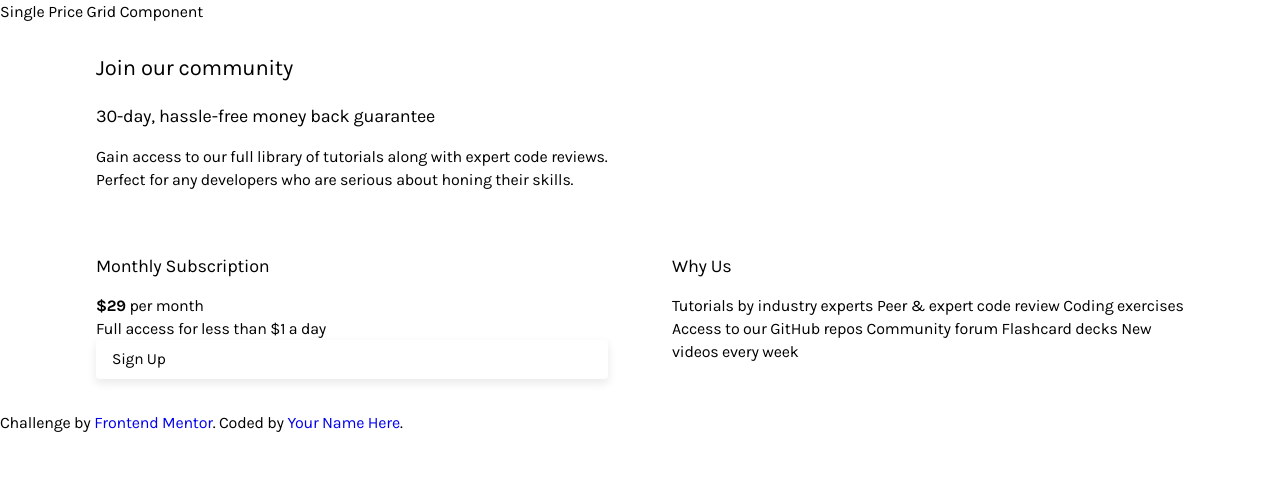
Repository: bangjuyoung/bangjuyoung
Page: practice/frontend-mentor/single-price-grid-component/index.html
These files come from the project's save history. The page is drawn as it stood at one moment and after the next save; the edit follows.
The browser window is 1280 px wide. The pictures show the whole page.

Above is the page before, as saved 2019-06-16 13:12:17.

### practice/frontend-mentor/single-price-grid-component/index.html
<!DOCTYPE html>
<html lang="en">

<head>
  <meta charset="UTF-8">
  <meta name="viewport" content="width=device-width, initial-scale=1.0">
  <title>Frontend Mentor | Single Price Grid Component</title>
  <link rel="icon" type="image/png" sizes="32x32" href="./images/favicon-32x32.png">
  <link rel="stylesheet" href="../../../assets/css/base.css">
  <link href="https://fonts.googleapis.com/css?family=Karla:400,700&display=swap" rel="stylesheet">
  <link rel="stylesheet" href="./default.css">
</head>

<body>
  <main role="main">
    <h1>Single Price Grid Component</h1>
    <article class="single-price__wrapper">

      <section class="single-price__primary single-price">
        <div class="single-price__body">
          <h2 class="single-price__title">Join our community</h2>
          <h3 class="single-price__subtitle">30-day, hassle-free money back guarantee</h3>
          <p>Gain access to our full library of tutorials along with expert code reviews.</p>
          <p>Perfect for any developers who are serious about honing their skills.</p>
        </div>
      </section>

      <div class="single-price__secondary">
        <section class="single-price">
          <div class="single-price__body">
            <h3 class="single-price__subtitle">Monthly Subscription</h3>
            <p><strong>&dollar;29</strong> per month</p>
            <p>Full access for less than &dollar;1 a day</p>
            <a class="btn btn-secondary btn-block btn--float">Sign Up</a>
          </div>
        </section>

        <section class="single-price">
          <div class="single-price__body">
            <h4 class="single-price__subtitle">Why Us</h4>
            <p>
              Tutorials by industry experts
              Peer &amp; expert code review
              Coding exercises
              Access to our GitHub repos
              Community forum
              Flashcard decks
              New videos every week
            </p>
          </div>
        </section>
      </div>

    </article>
  </main>


  <footer role="contentinfo">
    <p class="attribution">
      Challenge by <a href="https://www.frontendmentor.io?ref=challenge" target="_blank" rel="noopener">Frontend
        Mentor</a>.
      Coded by <a href="#">Your Name Here</a>.
    </p>
  </footer>
</body>

</html>

### assets/css/base.css
@charset "UTF-8";

/*
// Base
//
// Normalization of HTML elements, manually forked from Normalize.css to remove
// styles targeting irrelevant browsers while applying new styles.
//
// Normalize is licensed MIT. https://github.com/necolas/normalize.css
*/

/*
 * Document
 */

*,
*::before,
*::after {
  /* padding 과 border 가 요소 너비에 포함되도록 설정 */
  box-sizing: border-box;
}

html {
  /* 모든 브라우저에 기본 폰트 및 line-height 설정 */
  font-family: sans-serif;
  line-height: 1.15;
  /* window 폰의 IE 나 iOS 에서 방향 변경시 폰트 사이즈 수정되는 현상 막음 */
  -webkit-text-size-adjust: 100%;
  /* @viewport 설정시 IE11 과 Edge 에서 스크롤바가 컨텐트에 겹치므로 겹치지 않고 자동 숨김 되지 않도록 강제 */
  -ms-overflow-style: scrollbar;
  /* iOS 에서 완전히 투명으로 보이기 위해 기본 탭 하이라이트 변경 */
  -webkit-tap-highlight-color: rgba(0, 0, 0, 0);
}

/* IE10 이하 및 오래된 브라우저에서 새 HTML5 요소들 맞게 표시 */
article,
aside,
figcaption,
figure,
footer,
header,
hgroup,
main,
nav,
section {
  display: block;
}

/* 여백 초기화 */
body,
h1,
h2,
h3,
h4,
h5,
h6,
p,
ol,
ul,
dl,
blockquote,
pre,
figure,
input,
button,
select,
optgroup,
textarea,
fieldset {
  margin: 0;
}

/*
 * Body
 */

/*
  -apple-system, // Safari for OS X and iOS (San Francisco)
  BlinkMacSystemFont, // Chrome < 56 for OS X (San Francisco)
  "Segoe UI", // Windows
  "Roboto", // Android
  "Helvetica Neue", Arial, sans-serif, // Basic web fallback
  "Apple Color Emoji", "Segoe UI Emoji", "Segoe UI Symbol" !default; // Emoji fonts
 */

body {
  font-family: -apple-system, BlinkMacSystemFont, 'Segoe UI', Roboto,
    'Helvetica Neue', Arial, Noto Sans, sans-serif, 'Apple Color Emoji',
    'Segoe UI Emoji', 'Segoe UI Symbol', 'Noto Color Emoji';
  font-size: 1rem;
  font-weight: 400;
  line-height: 1.5;
  /* 명시적으로 기본값을 지정해 하위 요소들이 상속 받을 수 있게 함 */
  text-align: left;
  /* 기본 배경색 지정 */
  background-color: #fff;
}

body,
input,
textarea,
select,
button {
  font-synthesis: none;
  -moz-font-feature-settings: 'kern';
  -webkit-font-smoothing: antialiased;
  -moz-osx-font-smoothing: grayscale;
}

/*
 * Future-proof rule: in browsers that support :focus-visible,
 * focus outline 을 표시하지 않는 요소에 프로그램적으로 포커스가 갔을때 focus outline 숨김
 *
 * See https://developer.mozilla.org/en-US/docs/Web/CSS/:focus-visible
 * and https://developer.paciellogroup.com/blog/2018/03/focus-visible-and-backwards-compatibility/
 */
[tabindex='-1']:focus:not(:focus-visible) {
  outline: 0 !important;
}

/*
 * Content grouping
 *
 */

hr {
  box-sizing: content-box;
  height: 0;
  /* Edge와 ie에서 overflow 표시 */
  overflow: visible;
}

/*
 * Typography
 */

h1,
h2,
h3,
h4,
h5,
h6 {
  font-size: inherit;
  font-weight: inherit;
}

/*
 * Abbreviations
 */

abbr[title] {
  /* Chrome, Edge, IE, Opera, 그리고 Safari 에서 테스트 표시줄 스타일 정정 */
  text-decoration: underline;
  text-decoration: underline dotted;
  /* 바뀐 행위를 나타내기 위해 명시적으로 커서를 추가 */
  cursor: help;
  /* Firefox 39이하에서 나타나는 테스트 하단 테투리 제거 */
  border-bottom: 0;
  /* 텍스트 표시줄이 건너뛰지 않도록 설정 */
  text-decoration-skip-ink: none;
}

address {
  font-style: normal;
  line-height: inherit;
}

b,
strong {
  /* Chrome, Edge, 그리고 Safari 에서 올바른 글자 굵기 정정 */
  font-weight: bolder;
}

small {
  /* 모든 브라우저에서 글자 크기 정정 */
  font-size: 85%;
}

/*
 * 모든 브라우저에서 sub 과 sup 요소들이 즐 간격 영향 받지 않도록 설정
 */

sub,
sup {
  position: relative;
  font-size: 75%;
  line-height: 0;
  vertical-align: baseline;
}

sub {
  bottom: -0.25em;
}

sup {
  top: -0.5em;
}

/*
 * Links
 */

a {
  text-decoration: none;
  /* IE 10 에서 현재 열려 있는 링크에 나타나는 회색배경색을 제거 */
  background-color: transparent;
}

a:hover {
  text-decoration: underline;
}

/*
 * tablindex 없이는 명시적으로 키보드 포커스가 가능하지 않도록 href 속성이 없는 플레이스 홀더 링크/네임 앵커에 대한 스타일 재지정
 * 단순히 a[href] 로 스타일 지정이 간단할 수 있지만, 많은 다른 스타일내에서 고치기엔 복잡한 특정 이슈 유발 가능성 존재
 * See https://github.com/twbs/bootstrap/issues/19402
 */

a:not([href]):not([tabindex]) {
  color: inherit;
  text-decoration: none;
}

a:not([href]):not([tabindex]):hover,
a:not([href]):not([tabindex]):focus {
  color: inherit;
  text-decoration: none;
}

a:not([href]):not([tabindex]):focus {
  outline: 0;
}

/*
 * Code
 */

pre,
code,
kbd,
samp {
  font-family: SFMono-Regular, Menlo, Monaco, Consolas, 'Liberation Mono',
    'Courier New', monospace;
  /* 모든 브라우저에서 이상한 em 글자 크기 정정 */
  font-size: 1em;
}

pre {
  /* 바깥 영역을 깨지 않도록 내용 영역 오버플로우 설정 */
  overflow: auto;
  /* IE11 와 Edge 에서 @viewport 설정시 스크롤바가 내용을 덮는 현상에서 내용 덮지 않고 자동으로 숨겨지지 않도록 재지정  */
  -ms-overflow-style: scrollbar;
}

/*
 * Images and content
 */

img {
  vertical-align: middle;
  /* IE10 이하에서 링크 내 이미지 요소들에 테두리 제거 */
  border-style: none;
}

svg {
  /*
     * IE10/11 에서 오버플로우 되는 버그로 인해 필요
     * See https://github.com/twbs/bootstrap/issues/26878
     */
  overflow: hidden;
  vertical-align: middle;
}

/*
 * Tables
 */

table {
  /* Prevent double borders 테두리들이 맞 닿았을 때 합쳐지도록 설정 */
  border-collapse: collapse;
}

/* body 요소나 가장 가까운 부모로 부터 지정된 텍스트 정렬 요소를 상속해 td 요소 정렬과 일치 */
caption,
th {
  text-align: inherit;
}

/*
 * Forms
 */

/*
 * macOS Chrome 에서 추가되는 기본 border-radius  제거
 * Details at https://github.com/twbs/bootstrap/issues/24093
 */
button {
  border-radius: 0;
}

/* Firefox/IE 에서 button 배경색이 투명일 때 기본 button 포커스 스타일이 손실되는 버그 피함
 * Credit: https://github.com/suitcss/base/
 */
button:focus {
  outline: 1px dotted;
  outline: 5px auto -webkit-focus-ring-color;
}

input,
button,
select,
optgroup,
textarea {
  font-family: inherit;
  font-size: inherit;
  line-height: inherit;
}

button,
input {
  /* Edge 에서 overflow 보임  */
  overflow: visible;
}

button,
select {
  /* Firefox 에서 텍스트 변형 상속되는 것을 제거 */
  text-transform: none;
}

/* 1. Android 4 에서 기본 audio 와 video 컨트롤이 제거되는 WebKit 버그 제거 */
button,
[type="button"],
/* 1 */
[type="reset"],
[type="submit"] {
  /* iOS 와 Safari 에서 클릭 가능한 타입으로 스타일 정정  */
  -webkit-appearance: button;
}

/* Firefox 에서 안쪽 테두리와 여백 제거하고 Normalize 처럼 outline 을 복원하지 않음 */
button::-moz-focus-inner,
[type='button']::-moz-focus-inner,
[type='reset']::-moz-focus-inner,
[type='submit']::-moz-focus-inner {
  padding: 0;
  border-style: none;
}

/* IE 10 이하에서 box sizing 정정 추가 및 padding 제거 */
input[type='radio'],
input[type='checkbox'] {
  box-sizing: border-box;
  padding: 0;
}

input[type='date'],
input[type='time'],
input[type='datetime-local'],
input[type='month'] {
  /* Mobile Safari 에서 line-height 설정시 텍스트가 input 내 수직 중양 정렬되지 않는 버그를 피하기 위해 시간 input 기본 모양 제거
    // See https://bugs.webkit.org/show_bug.cgi?id=139848
    // and https://github.com/twbs/bootstrap/issues/11266
    */
  -webkit-appearance: listbox;
}

textarea {
  /* IE 에서 기본 수직 스크롤바 제거 */
  overflow: auto;
  /* textarea 는 수직으로만 리사이즈 되도록 설정 */
  resize: vertical;
}

fieldset {
  /*
     * fieldsets 은 min-width이 min-content 로 일반 블록 요소처럼 min-width 재지정
     * See https://github.com/twbs/bootstrap/issues/12359
     * and https://html.spec.whatwg.org/multipage/#the-fieldset-and-legend-elements
     * 페이지 레이아웃에 영향을 주지 않도록 기본 스타일 리셋
     */
  min-width: 0;
  padding: 0;
  border: 0;
}

/* 1. Edge 와 IE 에서 텍스트 래핑 정정 */
legend {
  display: block;
  width: 100%;
  /* 1 */
  max-width: 100%;
  margin-bottom: 0.5rem;
  padding: 0;
  font-size: 1.5rem;
  /* IE 에서 fieldset 요소로 부터 색상 상속하도록 정정 */
  color: inherit;
  line-height: inherit;
  /* 1 */
  white-space: normal;
}

progress {
  /* Chrome, Firefox, Opera 에서 vertical alignment 스타일 추가 */
  vertical-align: baseline;
}

[type='number']::-webkit-inner-spin-button,
[type='number']::-webkit-outer-spin-button {
  /* Chrome 에서 증감 버튼 커서 스타일 정정 */
  height: auto;
}

[type='search'] {
  /*
     * iOS 에서 검색 input 의 추가적인 둥근 코너를 오버라이드하여
     * 기본 form-control 클래스 스타일이 적절히 스타일 적용될 수 있도록 함
     * https://github.com/twbs/bootstrap/issues/11586.
     * Safari 에서 outline 스타일 정정
     */
  outline-offset: -2px;
  -webkit-appearance: none;
}

/*
 * macOS 에서 Chrome 과 Safari 에서 안쪽 여백 제거
 */

[type='search']::-webkit-search-decoration {
  -webkit-appearance: none;
}

::-webkit-file-upload-button {
  font: inherit;
  /* iOS 와 Safari 에서 클릭가능한 타입으로 정정 */
  -webkit-appearance: button;
}

/*
* 요소 디스플레이 정정
*/

output {
  display: inline-block;
}

summary {
  /* 모든 브라우저에서 적절한 디스플레이 속성 추가 */
  display: list-item;
  cursor: pointer;
}

template {
  /* IE에서 필요 */
  display: none;
}

[hidden] {
  /* hidden 속성을 가진 HTML 요소는 항상 숨김 (from PureCSS), IE 10 이하에서 필요 */
  display: none !important;
}

### practice/frontend-mentor/single-price-grid-component/default.css
@charset "UTF-8";

html {
    font-size: 15px;
}

body {
    font-family: 'Karla', sans-serif;
    letter-spacing: -0.013em;
    line-height: 1.44;
}

@media (min-width: 48rem) {
    html {
        font-size: 16px;
    }
}

.btn {
    display: inline-block;
    padding: 0.5rem 1rem;
    font-size: 0.9725rem;
    border-radius: 0.25rem;
}

.btn-block {
    width: 100%;
}

.btn--float {
    box-shadow: 0 4px 8px 1px rgba(0, 0, 0, 0.08);
}


/*
 * single-price
 */
.single-price__wrapper {
    max-width: 36rem;
    margin-left: auto;
    margin-right: auto;
}

.single-price__body {
    padding: 2rem;
}

@media (min-width: 74rem) {
    .single-price__wrapper {
        max-width: 72rem;
    }

    .single-price__secondary::after {
        content: '';
        display: block;
        clear: both;
    }

    .single-price__secondary .single-price {
        float: left;
        width: 50%;
    }
}

.single-price__title {
    margin-bottom: 1.5rem;
    font-size: 1.375rem;
    line-height: 1.2;
}

.single-price__subtitle {
    margin-bottom: 1rem;
    font-size: 1.125rem;
    line-height: 1.3;
}


/*
 * theme
 */
.text-primary {
    color: hsl(179, 62%, 43%);
}

.text-primary--gray {
    color: hsl(218, 22%, 67%);
}

.text-sedondary {
    color: hsl(71, 73%, 54%);
}

.text-gray--pale {
    color: hsl(204, 43%, 93%);
}

After the next save:
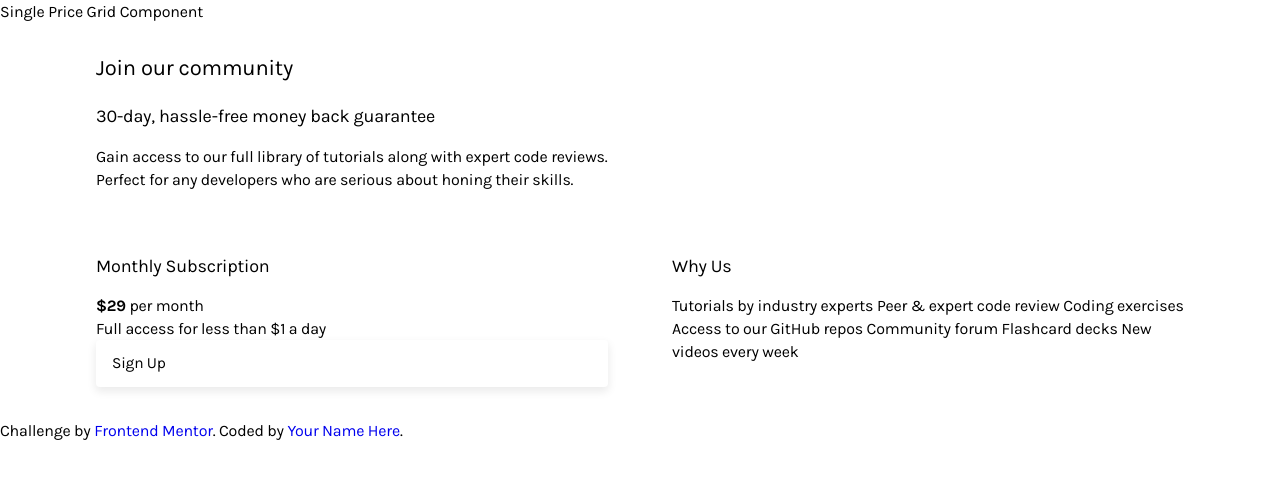
Saved 6 s later.
--- a/practice/frontend-mentor/single-price-grid-component/default.css
+++ b/practice/frontend-mentor/single-price-grid-component/default.css
@@ -18,7 +18,7 @@ body {
 
 .btn {
     display: inline-block;
-    padding: 0.5rem 1rem;
+    padding: 0.75rem 1rem;
     font-size: 0.9725rem;
     border-radius: 0.25rem;
 }
